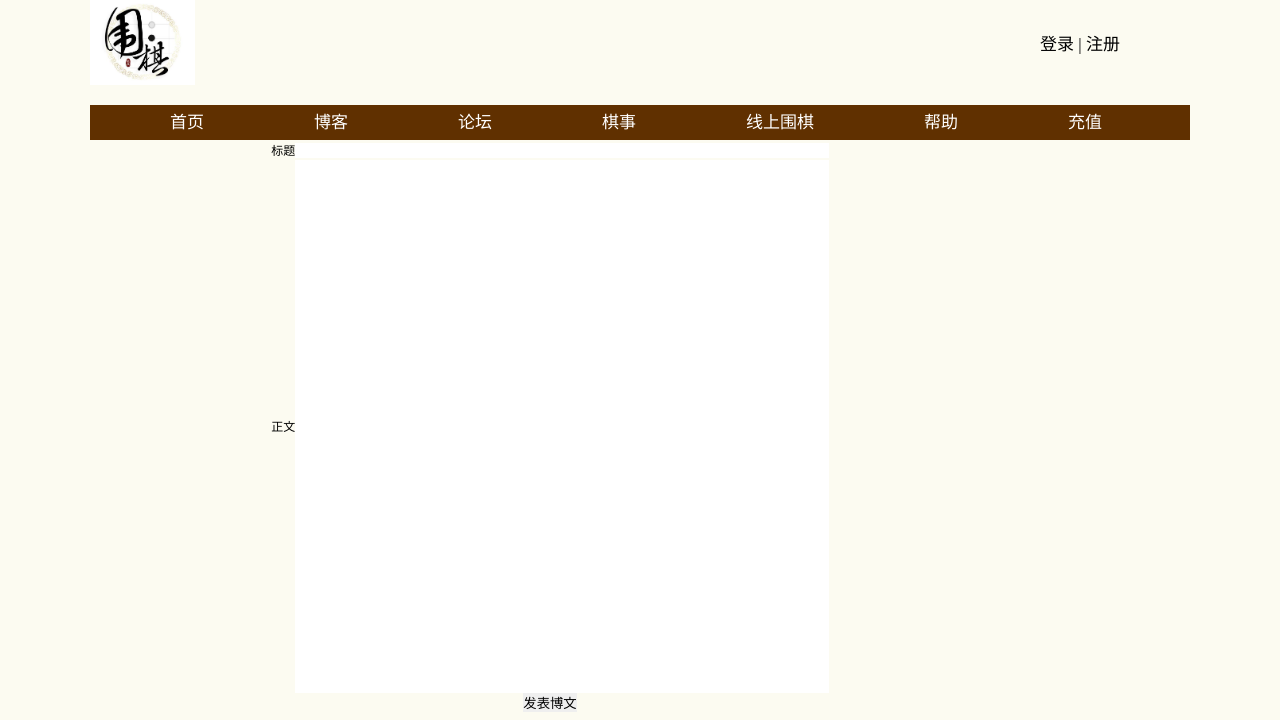
Repository: yxh0/Go
Page: http://localhost/keshe/keshe/blog_post.jsp
These files come from the project's save history. The page is drawn as it stood at one moment and after the next save; the edit follows.
The browser window is 1280 px wide. The pictures show the whole page.
The page is served by Tomcat 9. Other server files are loaded and not shown.

Above is the page before, as saved 2020-06-11 07:33:05.

### SoftwareProjectGo/keshe/WebContent/keshe/blog_post.jsp
<%@ page language="java" contentType="text/html; charset=UTF-8"
    pageEncoding="UTF-8"%>
<%@ page import="java.sql.*" %>
<!DOCTYPE html>
<html>
<head>
<meta charset="UTF-8">
<title>博客页面</title>
<link rel="stylesheet" href="css/init.css">
<link rel="stylesheet" href="css/public.css">
<link rel="stylesheet" href="css/blog_post.css">
</head>
<body>
	<div class="header w">
		<div class="logo">
			<img src="images/logo.jpg" alt="" />
		</div>
		<div class="login">
			<ul>
				<li>
					<a href="login.jsp">登录</a> |
					<a href="register.jsp">注册</a>
				</li>
			</ul>
		</div>
	</div>
	<!-- 导航栏 -->
	<div class="nav w">
		<div class="container">
			<ul class="left">
		    	<li><a href="index.jsp" >首页</a></li>
		    	<li><a href="blog.jsp" >博客</a></li>
		    	<li><a href="luntan.jsp" >论坛</a></li>
		    	<li><a href="qishi.jsp" >棋事</a></li>
		    	<li><a href="xianshangweiqi.jsp" >线上围棋</a></li>
		    	<li><a href="bangzhu.jsp" >帮助</a></li>
		    	<li><a href="chongzhi.jsp" >充值</a></li>
			</ul>
  		</div>
	</div>
	<div class="blogg">
		<div class="border w"></div>
		<form action="addblog.jsp" name="register" method="post">
			<center>标题<input name="blog_title" style="width:40em" type="textArea" class="code"><br></center>
			<center>正文<input name="blog_text" style="width:40em; height:40em" type="textArea" class="code"><br>
			<input type="submit" value="发表博文" class="now-register"></center>
         </form>
	</div>
</body>
</html>

### SoftwareProjectGo/keshe/WebContent/keshe/css/init.css
@charset "UTF-8";
/* 基础的初始化 */
* {
    margin: 0;
    padding: 0;
    box-sizing: border-box;
}
/* em 和 i 斜体的文字不倾斜 */
em,
i {
    font-style: normal
}

li {
    list-style: none
}

img {
    border: 0;
    vertical-align: middle
}

button {
    cursor: pointer
}

a {
    text-decoration: none
}

button,
input {
    font-family: Microsoft YaHei, Heiti SC, tahoma, arial, Hiragino Sans GB, "\5B8B\4F53", sans-serif;
    /* 默认有灰色边框我们需要手动去掉 */
    border: 0;
    outline: none;
}

body {
    -webkit-font-smoothing: antialiased;
    background-color: #fff;
    font: 12px/1.5 Microsoft YaHei, Heiti SC, tahoma, arial, Hiragino Sans GB, "\5B8B\4F53", sans-serif;
    color: black;
}

.hide,
.none {
    display: none
}
/* 清除浮动 */
.clearfix:after {
    visibility: hidden;
    clear: both;
    display: block;
    content: ".";
    height: 0
}

.clearfix {
    *zoom: 1
}

### SoftwareProjectGo/keshe/WebContent/keshe/css/public.css
@charset "UTF-8";
/* 版心 */
body {
	background-color: #fcfbf1;
}
.w {
    width: 1100px;
    margin: 0 auto;
}
.nav {
    height: 35px;
    background-color: #603000;
    line-height: 35px;
}
.nav ul li{
	float: left;
}
.nav li a{
	color: white;
	font-size: 17px;
	border-right: 20px;
	padding: 20px 30px;
	margin-left: 50px;
}
.nav li a:hover{
	color: yellow;
}
.header {
    position: relative;
    height: 105px;
}
.logo {
	position: absolute;
	width: 105px;
	height: 85px;
}
.logo img {
	width: 100%;
	height: 100%;
}
.login {
	margin-left: 950px;
	margin-top: 30px;
	position: absolute;
	font: 17px Microsoft YaHei;
	text-align: center;
}
.login li a{
	color: black;
}
.login li a:hover {
	color: #ebc21f;
}
.footer p {
    width: 250px;
    font-size: 20px;
    color: #7B7B7B;
    margin: 60px auto;
}

### SoftwareProjectGo/keshe/WebContent/keshe/css/blog_post.css
@charset "UTF-8";
.big {
	margin-top: 20px;
}
.self {
	float: left;
	margin-right: 30px;
}
.big .self h4,
.big .blogg h4 {
	width: 250px;
	border-bottom: solid 1px #603000;
	margin-bottom: 15px;
	font-size: 15px;
	weight: 500;
	color: #8f6a40;
}
.big .self button {
	width: 120px;
    height: 30px;
    margin: 10px 65px;
    border: 1px solid #E2E2E2;
    text-align: center;
    line-height: 30px;
    font-size: 15px;
    color: #000;
    background: #ededf1;
}
.big .self .info {
	margin-top: 15px;
	margin-left: 75px;
}
.big .self .info p{
	font-size: 14px;
	weight: 500;
	color: #909090;
}
.blogg {
	float: left;
}
.big .blogg h4,
.big .blogg .cont {
	width: 820px;
}
.big .blogg .cont h2 {
	margin: 5px;
}
.big .blogg .cont a {
	color: #000;
}
.big .blogg .cont a:hover {
	color: #ebc21f;
}
.big .blogg .cont p {
	margin-bottom: 35px;
	color: #8a8a8a;
}
.big .blogg .cont .people {
	font-size: 13px;
}

After the next save:
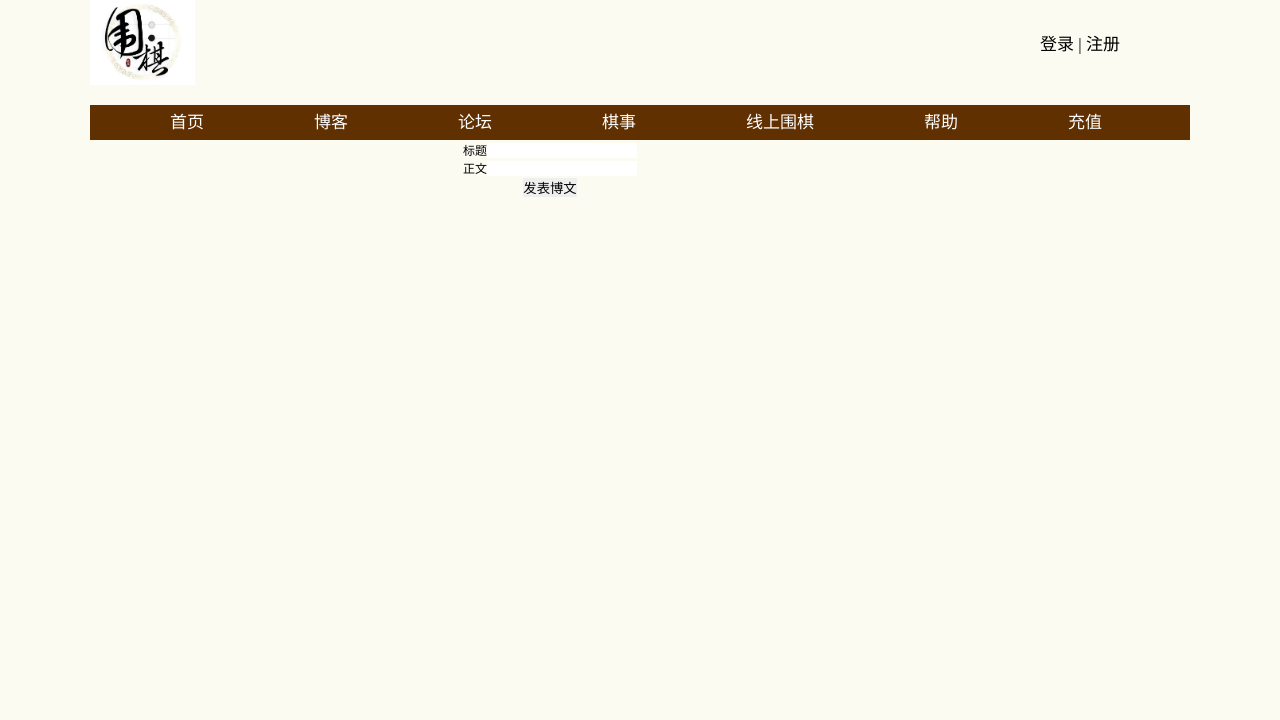
Saved 18 s later.
--- a/SoftwareProjectGo/keshe/WebContent/keshe/blog_post.jsp
+++ b/SoftwareProjectGo/keshe/WebContent/keshe/blog_post.jsp
@@ -41,8 +41,8 @@
 	<div class="blogg">
 		<div class="border w"></div>
 		<form action="addblog.jsp" name="register" method="post">
-			<center>标题<input name="blog_title" style="width:40em" type="textArea" class="code"><br></center>
-			<center>正文<input name="blog_text" style="width:40em; height:40em" type="textArea" class="code"><br>
+			<center>标题<input name="blog_title" type="textArea" class="code"><br></center>
+			<center>正文<input name="blog_text" type="textArea" class="code"><br>
 			<input type="submit" value="发表博文" class="now-register"></center>
          </form>
 	</div>

After the save that followed:
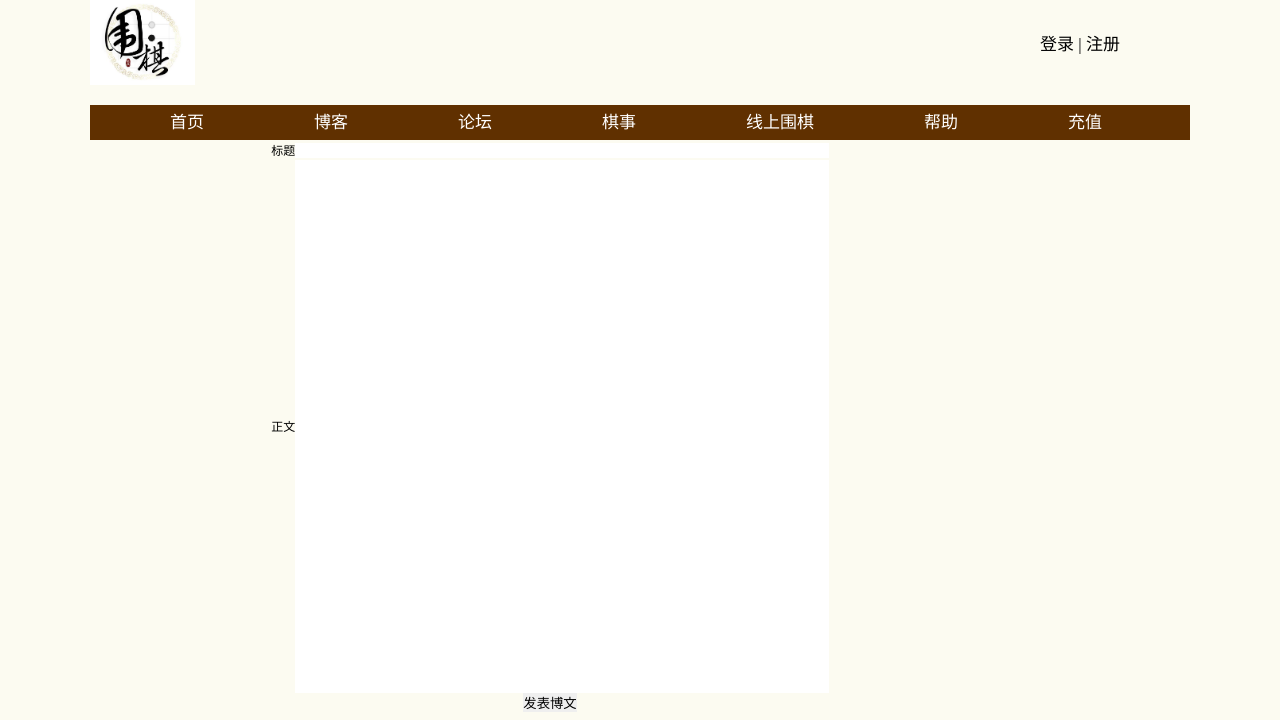
Saved 36 s later.
--- a/SoftwareProjectGo/keshe/WebContent/keshe/blog_post.jsp
+++ b/SoftwareProjectGo/keshe/WebContent/keshe/blog_post.jsp
@@ -41,8 +41,8 @@
 	<div class="blogg">
 		<div class="border w"></div>
 		<form action="addblog.jsp" name="register" method="post">
-			<center>标题<input name="blog_title" type="textArea" class="code"><br></center>
-			<center>正文<input name="blog_text" type="textArea" class="code"><br>
+			<center>标题<input name="blog_title" style="width:40em" type="textArea" class="code"><br></center>
+			<center>正文<input name="blog_text" style="width:40em; height:40em" type="textArea" class="code"><br>
 			<input type="submit" value="发表博文" class="now-register"></center>
          </form>
 	</div>
